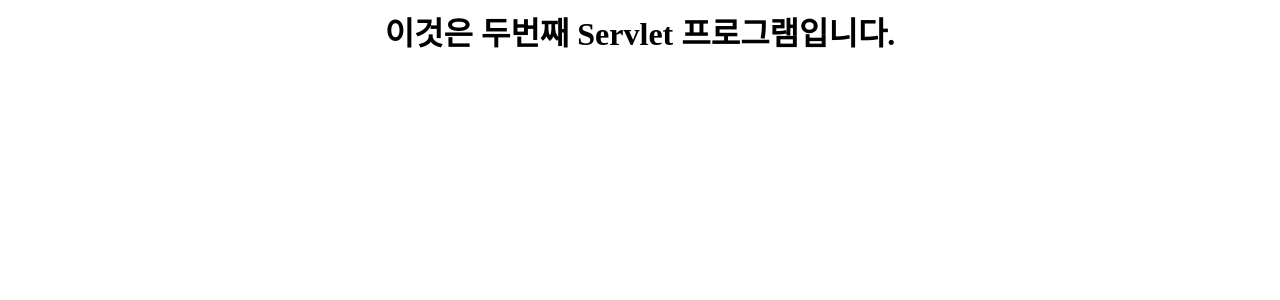
Repository: larlarru/HighJava_study2
Page: http://localhost/servletTest/servletTest02.do
The author's editor kept a copy of each file at every save. The page is drawn from the files as they stood at one save, then again after the next save.
The browser window is 1280 px wide. The pictures show the whole page.
The page is served by Tomcat 9.

Above is the page before, as saved 2020-11-25 06:57:01.

After the next save:
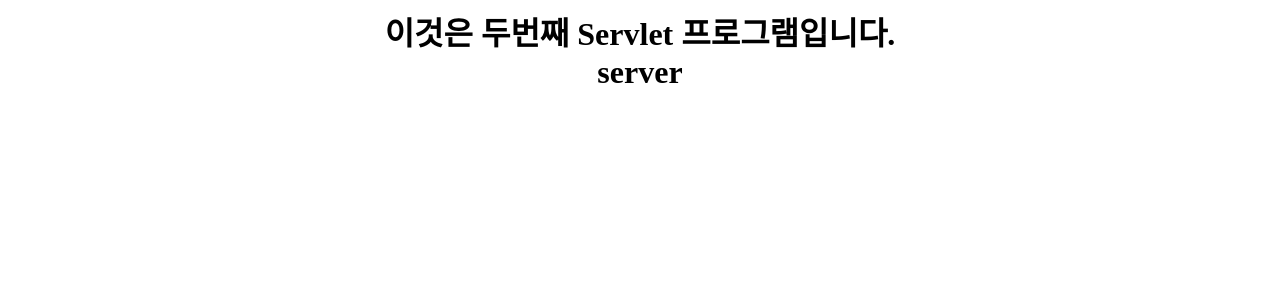
Saved 10 s later.
--- a/servletTest/src/kr/or/ddit/basic/ServletTest02.java
+++ b/servletTest/src/kr/or/ddit/basic/ServletTest02.java
@@ -50,7 +50,7 @@ public class ServletTest02 extends HttpServlet{
 		out.println("<body>");
 		out.println("<h1 style='text-align:center;'>");
 		out.println("이것은 두번째 Servlet 프로그램입니다.<br>");
-		out.println("");
+		out.println("server");
 		out.println("");
 		out.println("");
 		out.println("");
